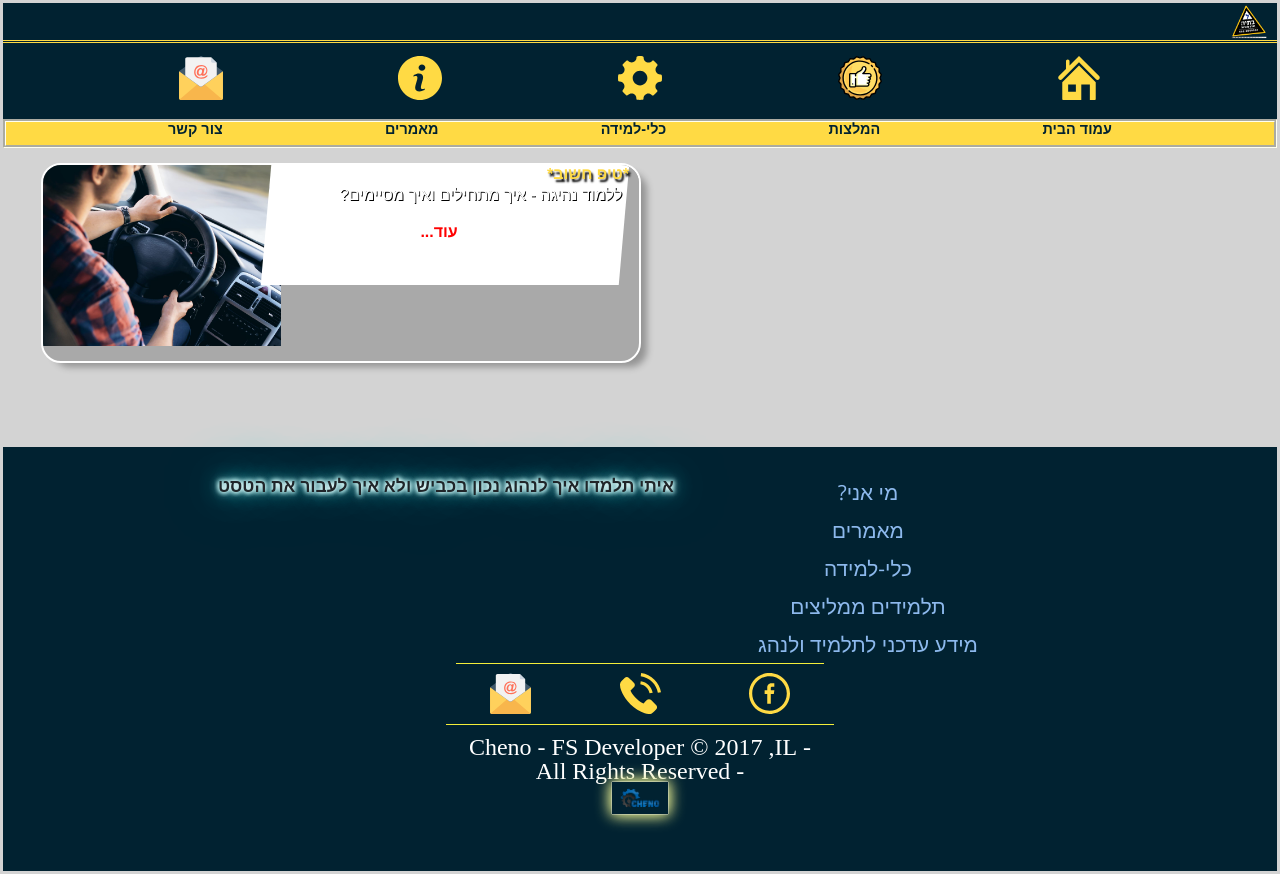
Repository: ChenGinsberg/BatyaLamed-site
Page: aticles.html
An editor plug-in stored every save of this project. The page is shown before and after the next save, followed by the edit.
The browser window is 1280 px wide. The pictures show the whole page.
Some web libraries are served in a nearby version.

Above is the page before, as saved 2017-11-28 10:34:55.

### aticles.html
<!DOCTYPE html>
<html lang="en">

<head>
    <meta charset="UTF-8">
    <meta name="viewport" content="width=device-width, initial-scale=1.0">
    <meta http-equiv="X-UA-Compatible" content="ie=edge">
    <title>Batya</title>

    <script type="text/javascript" src="http://app.sliderui.com/sliders/zrkchs.js"></script>
    <script src="https://code.jquery.com/jquery-3.2.1.slim.min.js" integrity="sha384-KJ3o2DKtIkvYIK3UENzmM7KCkRr/rE9/Qpg6aAZGJwFDMVNA/GpGFF93hXpG5KkN"
        crossorigin="anonymous"></script>
    <script src="https://cdnjs.cloudflare.com/ajax/libs/popper.js/1.12.3/umd/popper.min.js" integrity="sha384-vFJXuSJphROIrBnz7yo7oB41mKfc8JzQZiCq4NCceLEaO4IHwicKwpJf9c9IpFgh"
        crossorigin="anonymous"></script>
    <script src="https://maxcdn.bootstrapcdn.com/bootstrap/4.0.0-beta.2/js/bootstrap.min.js" integrity="sha384-alpBpkh1PFOepccYVYDB4do5UnbKysX5WZXm3XxPqe5iKTfUKjNkCk9SaVuEZflJ"
        crossorigin="anonymous"></script>
    <link rel="stylesheet" href="https://maxcdn.bootstrapcdn.com/bootstrap/4.0.0-beta.2/css/bootstrap.min.css" integrity="sha384-PsH8R72JQ3SOdhVi3uxftmaW6Vc51MKb0q5P2rRUpPvrszuE4W1povHYgTpBfshb"
        crossorigin="anonymous">
    <link href="https://fonts.googleapis.com/css?family=Varela+Round&amp;subset=hebrew" rel="stylesheet">
    <link rel="stylesheet" type="text/css" href="style/reset.css">
    <link rel="stylesheet" type="text/css" href="style/style.css">
    <link rel="stylesheet" type="text/css" href="style/nav.css">
    <link rel="stylesheet" type="text/css" href="style/slider.css">
    <link rel="stylesheet" type="text/css" href="style/infoBox.css">
    <link rel="stylesheet" type="text/css" href="style/footer.css">
</head>

<body lang="rtl">
    <!-- nav-bar -->
    <div class="logoContainer">
        <img src="image/batyaLogo.jpg" class="logo-nav">
    </div>
    <nav class="navbar-blue">

        <div class="nav-icons">
            <a>
                <img src="image/email.svg" class="nav--icon">
            </a>
            <a href="aticles.html">
                <img src="image/icon.svg" class="nav--icon">
            </a>
            <a href="tools.html">
                <img src="image/settings-work-tool.svg" class="nav--icon">
            </a>
            <a href="recommendsPage.html">
                <img src="image/recommended.svg" class="nav--icon">
            </a>
            <a href="index.html">
                <img src="image/house-outline.svg" class="nav--icon">

            </a>
        </div>
        <br>
        <div class="nav-text">
            <span class="nav-iconn">צור קשר</span>
            <span class="nav-iconn">מאמרים</span>
            <span class="nav-iconn">כלי-למידה</span>
            <span class="nav-iconn">המלצות</span>
            <span class="nav-iconn">עמוד הבית</span>
        </div>
    </nav>
    <!-- TOOLARTICLES -->
    <div class="blog-card">
        <div class="photo photo2"></div>
        <div class="description">
            <span class="infoBox_header">*טיפ חשוב*</span>
            <h2>ללמוד נהיגה - איך מתחילים ואיך מסיימים?</h2>
            <br>
            <a href="article/firstArticle.html"> ...עוד</a>
        </div>
    </div>
    <!-- FOOTER -->
    <footer class="flex-rw">
        <p class="footer-quate">איתי תלמדו איך לנהוג נכון בכביש ולא איך לעבור את הטסט</p>

        <ul class="footer-list-top">

            <li>
                <a href='/shop/about-mission' class="generic-anchor footer-list-anchor" itemprop="significantLink">?מי אני</a>
            </li>
            <li>
                <a href='/promos.html' class="generic-anchor footer-list-anchor" itemprop="significantLink">מאמרים</a>
            </li>
            <li>
                <a href='/retailers/new-retailers.html' class="generic-anchor footer-list-anchor" itemprop="significantLink">כלי-למידה</a>
            </li>

            <li>
                <a href='/job-openings.html' itemprop="significantLink" class="generic-anchor footer-list-anchor">תלמידים ממליצים</a>
            </li>

            <li>
                <a href='/shop/about-show-schedule' class="generic-anchor footer-list-anchor" itemprop="significantLink">מידע עדכני לתלמיד ולנהג</a>
            </li>
        </ul>
        <ul class="footer-list-top">
            <li>
                <section class="footer-social-section flex-rw">
                    <img src="image/email.svg" class="footer-svg">
                    <img src="image/telephone.svg" class="footer-svg">
                    <img src="image/social-facebook-circular-button.svg" class="footer-svg">

                </section>
                <section class="footer-bottom-section flex-rw">
                    <div class="footer-bottom-wrapper">
                        <i class="fa fa-copyright" role="copyright">

                        </i> Cheno - FS Developer © 2017
                        <address class="footer-address" role="company address"> ,IL</address>
                        <span class="footer-bottom-rights"> - All Rights Reserved - </span>
                    </div>
                    <div class="footer-bottom-wrapper">

                        <img src="/image/Chenologo.png" class="chen-icon">

                    </div>
                </section>
    </footer>
</body>

### style/reset.css
html,
body,
div,
span,
applet,
object,
iframe,
h1,
h2,
h3,
h4,
h5,
h6,
p,
blockquote,
pre,
a,
abbr,
acronym,
address,
big,
cite,
code,
del,
dfn,
em,
img,
ins,
kbd,
q,
s,
samp,
small,
strike,
strong,
sub,
sup,
tt,
var,
b,
u,
i,
center,
dl,
dt,
dd,
ol,
ul,
li,
fieldset,
form,
label,
legend,
table,
caption,
tbody,
tfoot,
thead,
tr,
th,
td,
article,
aside,
canvas,
details,
embed,
figure,
figcaption,
footer,
header,
hgroup,
menu,
nav,
output,
ruby,
section,
summary,
time,
mark,
audio,
video {
    margin: 0;
    padding: 0;
    border: 0;
    font-size: 100%;
    font: inherit;
    vertical-align: baseline;
}


/* HTML5 display-role reset for older browsers */

article,
aside,
details,
figcaption,
figure,
footer,
header,
hgroup,
menu,
nav,
section {
    display: block;
}

body {
    line-height: 1;
}

ol,
ul {
    list-style: none;
    padding: 0;
    margin: 0;
}

blockquote,
q {
    quotes: none;
}

blockquote:before,
blockquote:after,
q:before,
q:after {
    content: '';
    content: none;
}

table {
    border-collapse: collapse;
    border-spacing: 0;
}

### style/style.css
body {
    background-color: lightgray;
    margin: 2.8px;
}

### style/nav.css
/* NAV */

.logoContainer {
    background-color: #012231;
    height: 40px;
    width: 100%;
    border-bottom: double;
    border-bottom-color: #FFDA44;
}

.logo-nav {
    height: 34px;
    position: absolute;
    right: 1%;
    top: 5px;
}

.navbar-blue {
    background-color: #012231;
    width: 100%;
}

.nav-icons {
    display: flex;
    flex-direction: row;
    flex-wrap: wrap;
    width: 100%;
    justify-content: space-evenly;
}

.nav--icon {
    width: 44px;
    margin-top: 13px;
}

.nav-text {
    color: #012231;
    background-color: #FFDA44;
    font-family: sans-serif;
    height: 29px;
    border: groove;
    border-color: ivory;
    font-weight: bold;
    font-size: 0.9em;
    display: flex;
    flex-direction: row;
    flex-wrap: wrap;
    width: 100%;
    justify-content: space-evenly;
}

.yellowHR {
    background-color: #FFDA44;
    height: 12px;
    border-radius: 10px 10px 0px 0px;
    border: 1px solid #012231;
    box-shadow: 9px 7px 7px -3px rgba(0, 0, 0, 0.3);
}

.blueHR {
    background-color: #012231;
    height: 25px;
    border-radius: 15px 11px 10px 10px;
    box-shadow: 9px 7px 7px -3px rgba(0, 0, 0, 0.3);
    margin-bottom: 10px;
    border-bottom: 1px solid #FFDA44;
    border-left: 1px solid #FFDA44;
    border-right: 1px solid #FFDA44;
}

.nav-iconn:hover {
    background: red;
}

### style/slider.css
.container {
    margin: 10px auto;
    width: 93%;
    height: 200px;
    overflow: hidden;
    position: relative;
    box-shadow: 2px 7px 36px 0px #012231;
}

.photo_slider {
    position: absolute;
    animation: round 3s infinite;
    opacity: 0;
    width: 100%;
    left: 0%;
    height: 100%;
}

@keyframes round {
    25% {
        opacity: 1;
    }
    40% {
        opacity: 0;
    }
}

img:nth-child(1) {
    animation-delay: 12s;
}

img:nth-child(2) {
    animation-delay: 8s;
}

img:nth-child(3) {
    animation-delay: 4s;
}

img:nth-child(4) {
    animation-delay: 0s;
}

.bx-wrapper {
    margin-bottom: 10px;
}

### style/infoBox.css
@import url(https://fonts.googleapis.com/css?family=Open+Sans:400,700|Roboto:400,700);
.blog-card {
    transition: height 0.3s ease;
    -webkit-transition: height 0.3s ease;
    border-radius: 20px;
    box-shadow: 9px 7px 7px -3px rgba(0, 0, 0, 0.3);
    margin: 15px auto 6.6%;
    overflow: hidden;
    position: relative;
    font-size: 1em;
    -webkit-font-smoothing: antialiased;
    background-color: white;
    margin-left: 3%;
    margin-right: 3%;
    background-color: darkgray;
    border: 2px solid white;
}

.blog-card:hover .details {
    left: 0;
}

.blog-card:hover.alt .details {
    right: 0;
}

.blog-card.alt .details {
    right: -100%;
    left: inherit;
}

.blog-card .photo {
    height: 257.6px;
    position: relative;
}

.blog-card .photo.photo1 {
    height: 130px;
    background: url("../image/red-article.png") center no-repeat;
    background-size: cover;
}

.blog-card .photo.photo2 {
    background: url(../image/IMG_3496bfree.jpg) center;
    background-size: cover;
    height: 181px;
    position: relative;
    background-color: #012231;
}

.blog-card .photo.photo3 {
    background: url("../image/green-article - Copy.gif") center no-repeat;
    background-size: cover;
}

.blog-card .details {
    transition: all 0.3s ease;
    -webkit-transition: all 0.3s ease;
    background: rgba(0, 0, 0, 0.6);
    box-sizing: border-box;
    color: #fff;
    font-family: "Open Sans";
    list-style: none;
    margin: 0;
    padding: 10px 15px;
    height: 200px;
    /*POSITION*/
    position: absolute;
    top: 0;
    left: -100%;
}

.blog-card .details>li {
    padding: 3px 0;
}

.blog-card .details li:before,
.blog-card .details .tags ul:before {
    font-family: FontAwesome;
    margin-right: 10px;
    vertical-align: middle;
}

.blog-card .details .author:before {
    content: "\f007";
}

.blog-card .details .date:before {
    content: "\f133";
}

.blog-card .details .tags ul {
    list-style: none;
    margin: 0;
    padding: 0;
}

.blog-card .details .tags ul:before {
    content: "\f02b";
}

.blog-card .details .tags li {
    display: inline-block;
    margin-right: 3px;
}

.blog-card .details a {
    color: inherit;
    border-bottom: 1px dotted;
}

.blog-card .details a:hover {
    color: #75D13B;
}

.blog-card .description {
    padding: 1px 12px 15px;
    box-sizing: border-box;
    position: relative;
    min-height: 120px;
    background-color: darkgray;
}

.blog-card .description .infoBox_header {
    direction: rtl;
    font-family: "Roboto";
    line-height: 1em;
    position: absolute;
    right: 10px;
    font-family: "Open Sans Hebrew", "Helvetica Neue", Helvetica, Arial, sans-serif;
    color: #FFDA44;
    font-weight: bold;
    text-shadow: 2px 3px 2px black;
}

.blog-card .description h2 {
    color: white;
    line-height: 1.2em;
    text-transform: uppercase;
    font-size: 1em;
    font-weight: 400;
    margin: 1.2% 0;
    position: relative;
    top: 15px;
    left: 13.9%;
    font-family: "Open Sans Hebrew", "Helvetica Neue", Helvetica, Arial, sans-serif;
    direction: rtl;
    text-shadow: 0.8px 1.2px 0.1px black;
}

.blog-card .description p {
    position: relative;
    margin: 0;
    padding-top: 20px;
    line-height: 22.7px;
    font-family: "Open Sans Hebrew", "Helvetica Neue", Helvetica, Arial, sans-serif;
    font-weight: bolder;
    text-align: end;
    color: white;
    text-shadow: 0.8px 1.2px 0.1px black;
    margin-right: 43px;
}

.blog-card .description p:after {
    content: "";
    background: red;
    height: 6px;
    width: 70px;
    position: absolute;
    top: 13px;
    right: -12px;
}

.blog-card .description a {
    color: red;
    margin-bottom: 9px;
    font-family: "Open Sans Hebrew", "Helvetica Neue", Helvetica, Arial, sans-serif;
    font-weight: bolder;
    float: right;
    margin-right: 50%;
    margin-top: 15px;
}

.blog-card .description a:after {
    transition: all 0.3s ease;
    -webkit-transition: all 0.3s ease;
    content: "\f061";
    font-family: FontAwesome;
    margin-left: -10px;
    opacity: 0;
    vertical-align: middle;
}

.blog-card .description a:hover:after {
    margin-left: 5px;
    opacity: 1;
}

@media screen and (min-width: 600px) {
    .blog-card {
        height: 200px;
        max-width: 600px;
    }
    .blog-card:hover .photo {
        -webkit-transform: rotate(5deg) scale(1.3);
        transform: rotate(5deg) scale(1.3);
    }
    .blog-card:hover.alt .photo {
        -webkit-transform: rotate(-5deg) scale(1.3);
        transform: rotate(-5deg) scale(1.3);
    }
    .blog-card.alt .details {
        padding-left: 30px;
    }
    .blog-card.alt .description {
        float: right;
    }
    .blog-card.alt .description:before {
        -webkit-transform: skewX(5deg);
        transform: skewX(5deg);
        right: -15px;
        left: inherit;
    }
    .blog-card.alt .photo {
        float: right;
    }
    .blog-card .photo {
        transition: all 0.5s ease;
        -webkit-transition: all 0.5s ease;
        float: left;
        height: 100%;
        width: 40%;
    }
    .blog-card .details {
        width: 40%;
    }
    .blog-card .description {
        float: left;
        width: 60%;
        z-index: 0;
    }
    .blog-card .description:before {
        -webkit-transform: skewX(-5deg);
        transform: skewX(-5deg);
        content: "";
        background: #fff;
        width: 100%;
        z-index: -1;
        /*POSITION*/
        position: absolute;
        left: -15px;
        top: 0;
        bottom: 0;
    }
}

### style/footer.css
.footer-svg {
    height: 41px;
    width: 57px;
}

.chen-icon {
    width: 15%;
    position: relative;
    bottom: 4%;
    left: 0%;
    box-shadow: 0 0 1px #fff, 0 0 1px #fff, 0 0 0px #e3e98e, 0 0 17px #e3e98e, 0 0 13px #e3e98e;
}

.footer-quate {
    text-align: center;
    font-family: 'Varela Round', sans-serif;
    position: relative;
    font-size: 1.1em;
    border-radius: 3px;
    transition: all 0.3s ease;
    text-shadow: 0 0 5px #fff, 0 0 10px #fff, 0 0 5px #fff, 0 0 5px #0ff, 0 0 0px #0ff, 0 0 90px #0ff, 0 0 20px #0ff, 0 0 50px #0ff;
    font-weight: bold;
}

.generic-anchor {
    color: #8DB9ED;
}

.generic-anchor:visited {
    color: #909090;
}

.generic-anchor:hover {
    color: #ccc;
}

.flex-rw {
    display: -webkit-box;
    display: -ms-flexbox;
    display: flex;
    -ms-flex-flow: row wrap;
    flex-flow: row wrap;
    justify-content: center;
}

footer {
    background: #012231;
    margin-top: auto;
    padding: 31.2px 55px;
}

.footer-list-top {
    width: 33.333%;
    -webkit-padding-start: 0px;
}

.footer-list-top>li {
    text-align: center;
    padding-bottom: 10px;
    list-style: none;
}

.footer-list-header {
    padding: 10px 0 5px 0;
    color: #fff;
    font: 2.3vw "Oswald", sans-serif;
}

.footer-list-anchor {
    font: 1.3em "Open Sans", sans-serif;
}

.footer-social-section {
    width: 100%;
    -webkit-box-align: center;
    -ms-flex-align: center;
    align-items: center;
    -ms-flex-pack: distribute;
    justify-content: space-around;
    position: relative;
    margin-top: 5px;
}

.footer-social-section::after {
    content: "";
    position: absolute;
    z-index: 1;
    top: -25%;
    left: 10px;
    border-top: 1px solid #F4EE3A;
    width: calc(100% - 20px);
}

.footer-social-connect {
    display: -webkit-box;
    display: -ms-flexbox;
    display: flex;
    -webkit-box-align: center;
    -ms-flex-align: center;
    align-items: center;
    font: 3.5em "Oswald", sans-serif;
    color: #fff;
}

.footer-social-small {
    font-size: 0.6em;
    padding: 0px 20px;
}

.footer-social-overlap>a {
    font-size: 3em;
}

.footer-social-overlap>a:not(:first-child) {
    margin-left: 0.38em;
}

.footer-bottom-section {
    width: 100%;
    padding: 10px;
    border-top: 1px solid #F4EE3A;
    margin-top: 10px;
}

.footer-bottom-section>div:first-child {
    margin-right: auto;
}

.footer-bottom-wrapper {
    font-size: 1.5em;
    color: #fff;
}

.footer-address {
    display: inline;
    font-style: normal;
}

.fa-copyright {
    font-size: 0.6em;
}

@media only screen and (max-width: 768px) {
    .footer-list-header {
        font-size: 2em;
    }
    .footer-list-anchor {
        font-size: 1.1em;
    }
    .footer-social-connect {
        font-size: 2.5em;
    }
    .footer-social-overlap>a {
        font-size: 2.24em;
    }
    .footer-bottom-wrapper {
        font-size: 1.3em;
    }
}

@media only screen and (max-width: 568px) {
    main {
        font-size: 5em;
    }
    .footer-list-top {
        width: 86%;
    }
    .footer-list-header {
        font-size: 3em;
    }
    .footer-list-anchor {
        font-size: 1.5em;
    }
    .footer-social-section {
        -webkit-box-pack: center;
        -ms-flex-pack: center;
        justify-content: center;
    }
    .footer-social-connect {
        margin-bottom: 10px;
        padding: 0 10px;
    }
    .footer-social-overlap {
        display: -webkit-box;
        display: -ms-flexbox;
        display: flex;
        -webkit-box-pack: center;
        -ms-flex-pack: center;
        justify-content: center;
    }
    .footer-social-icons-wrapper {
        width: 100%;
        padding: 0;
    }
    .footer-social-overlap>a:not(:first-child) {
        margin-left: 20px;
    }
    .footer-bottom-section {
        padding: 0 5px 0 5px;
    }
    .footer-bottom-wrapper {
        text-align: center;
        width: 100%;
        margin-top: 10px;
    }
}

@media only screen and (max-width: 480px) {
    .footer-social-overlap>a {
        margin: auto;
    }
    .footer-social-overlap>a:not(:first-child) {
        margin-left: 0;
    }
    .footer-bottom-rights {
        display: block;
    }
}

@media only screen and (max-width: 320px) {
    .footer-list-header {
        font-size: 2.2em;
    }
    .footer-list-anchor {
        font-size: 1.2em;
    }
    .footer-social-connect {
        font-size: 2.4em;
    }
    .footer-social-overlap>a {
        font-size: 2.24em;
    }
    .footer-bottom-wrapper {
        font-size: 0.8em;
        ;
    }
}

After the next save:
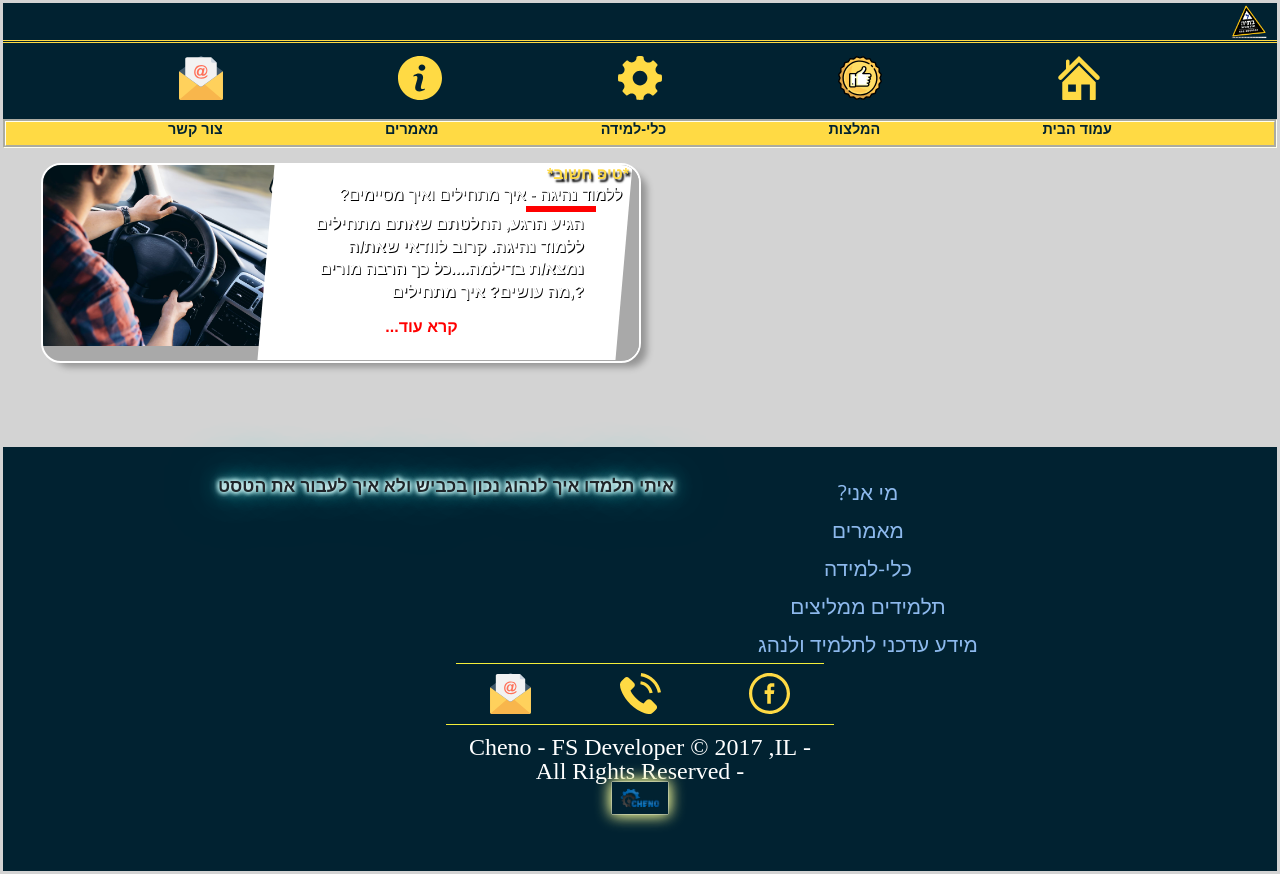
Saved 32 min 56 s later.
--- a/aticles.html
+++ b/aticles.html
@@ -65,8 +65,11 @@
         <div class="description">
             <span class="infoBox_header">*טיפ חשוב*</span>
             <h2>ללמוד נהיגה - איך מתחילים ואיך מסיימים?</h2>
-            <br>
-            <a href="article/firstArticle.html"> ...עוד</a>
+            <p class="summary">הגיע הרגע, החלטתם שאתם מתחילים ללמוד נהיגה. קרוב לוודאי שאת/ה נמצא/ת בדילמה....כל כך הרבה מורים ,מה עושים? איך
+                מתחילים?
+            </p>
+
+            <a href="#"> ...קרא עוד</a>
         </div>
     </div>
     <!-- FOOTER -->
